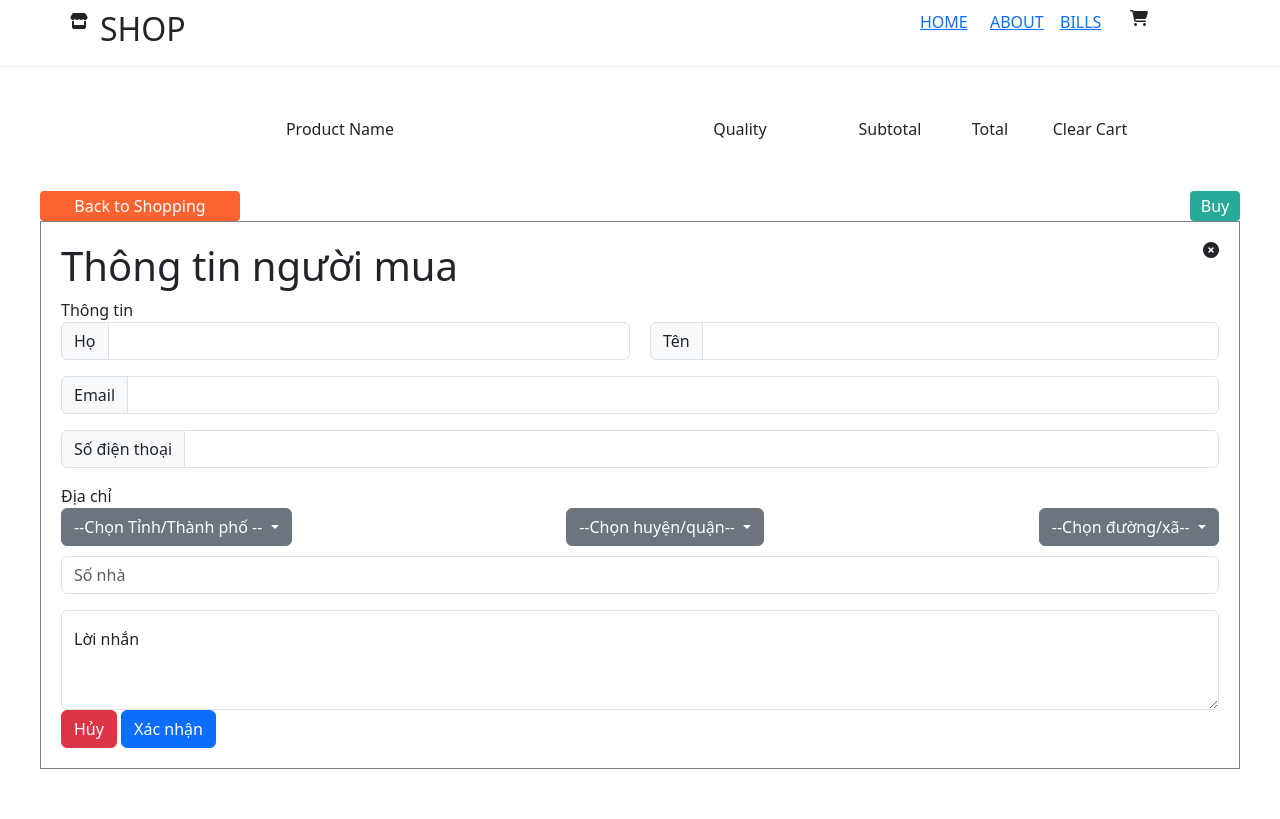
Repository: nguyenhaidang212/danh-sach-ban-hang
Page: index.html
The author's editor kept a copy of each file at every save. The page is drawn from the files as they stood at one save, then again after the next save.
The browser window is 1280 px wide. The pictures show the whole page.
Some web libraries are served in a nearby version.

Above is the page before, as saved 2023-02-10 14:54:49.

### index.html
<!DOCTYPE html>
<html lang="en">
  <head>
    <meta charset="UTF-8" />
    <meta http-equiv="X-UA-Compatible" content="IE=edge" />
    <meta name="viewport" content="width=device-width, initial-scale=1.0" />
    <title>Danh sach ban hang</title>
    <link rel="stylesheet" href="style.css" />
    <script
      src="https://kit.fontawesome.com/2568d54abe.js"
      crossorigin="anonymous"
    ></script>
    <link
      href="https://cdn.jsdelivr.net/npm/bootstrap@5.3.0-alpha1/dist/css/bootstrap.min.css"
      rel="stylesheet"
      integrity="sha384-GLhlTQ8iRABdZLl6O3oVMWSktQOp6b7In1Zl3/Jr59b6EGGoI1aFkw7cmDA6j6gD"
      crossorigin="anonymous"
    />
    <script
      src="https://cdn.jsdelivr.net/npm/bootstrap@5.3.0-alpha1/dist/js/bootstrap.bundle.min.js"
      integrity="sha384-w76AqPfDkMBDXo30jS1Sgez6pr3x5MlQ1ZAGC+nuZB+EYdgRZgiwxhTBTkF7CXvN"
      crossorigin="anonymous"
    ></script>
  </head>
  <body>
    <header>
      <div class="header-title">
        <i class="fas fa-store header-icon-title"></i>
        <h2>SHOP</h2>
      </div>
      <div class="header-menu">
        <div class="header-menu-home">
          <a href="">HOME</a>
        </div>
        <div class="header-menu-about">
          <a href="">ABOUT</a>
        </div>
        <div class="header-menu-bill">
          <a href="">BILLS</a>
        </div>
        <i class="fas fa-shopping-cart buy_display"></i>
      </div>
    </header>

    <!-- Trang giao dien -->
    <main class="main_menu" style="display: none">
      <div class="list"></div>
    </main>
    <!-- Trang danh sach -->
    <main class="main_buy">
      <div class="title">
        <span>Product Name</span><span>Quality</span><span>Subtotal</span
        ><span>Total</span><span>Clear Cart</span>
      </div>
      <div class="buy">
        <button id="back">Back to Shopping</button>
        <button id="buy">Buy</button>
      </div>

      <!-- Trang thanh toan -->
      <div class="buy_form">
        <div class="form_title">
          <h1>Thông tin người mua</h1>
          <i class="fa-solid fa-circle-xmark"></i>
        </div>
        <div class="form_content">
          <div class="form_grid">
            <!-- <div id="name">Họ và tên</div>
            <input type="text" placeholder="Họ" />
            <input type="text" placeholder="Tên" />
            <div id="email">Email</div>
            <input type="text" placeholder="Email" />
            <div id="phone">Số điện thoại</div>
            <input type="text" placeholder="Số điện thoại" />
            <div id="address">Địa chỉ</div> -->
            <div id="name">Thông tin</div>
            <div class="username">
              <div class="input-group mb-3">
                <span class="input-group-text" id="basic-addon1">Họ</span>
                <input
                  type="text"
                  class="form-control"
                  aria-label="Username"
                  aria-describedby="basic-addon1"
                />
              </div>
              <div class="input-group mb-3">
                <span class="input-group-text" id="basic-addon1">Tên</span>
                <input
                  type="text"
                  class="form-control"
                  aria-label="Username"
                  aria-describedby="basic-addon1"
                />
              </div>
            </div>
            <div class="input-group mb-3">
              <span class="input-group-text" id="basic-addon1">Email</span>
              <input
                type="text"
                class="form-control"
                aria-label="Username"
                aria-describedby="basic-addon1"
              />
            </div>
            <div class="input-group mb-3">
              <span class="input-group-text" id="basic-addon1"
                >Số điện thoại</span
              >
              <input
                type="text"
                class="form-control"
                aria-label="Username"
                aria-describedby="basic-addon1"
              />
            </div>
            <div id="address">Địa chỉ</div>
            <div class="address">
              <div class="dropdown">
                <button
                  class="btn btn-secondary dropdown-toggle"
                  type="button"
                  data-bs-toggle="dropdown"
                  aria-expanded="false"
                >
                  --Chọn Tỉnh/Thành phố --
                </button>
                <ul class="dropdown-menu">
                  <li><a class="dropdown-item" href="#">Action</a></li>
                  <li><a class="dropdown-item" href="#">Another action</a></li>
                  <li>
                    <a class="dropdown-item" href="#">Something else here</a>
                  </li>
                </ul>
              </div>
              <div class="dropdown">
                <button
                  class="btn btn-secondary dropdown-toggle"
                  type="button"
                  data-bs-toggle="dropdown"
                  aria-expanded="false"
                >
                  --Chọn huyện/quận--
                </button>
                <ul class="dropdown-menu">
                  <li><a class="dropdown-item" href="#">Action</a></li>
                  <li><a class="dropdown-item" href="#">Another action</a></li>
                  <li>
                    <a class="dropdown-item" href="#">Something else here</a>
                  </li>
                </ul>
              </div>
              <div class="dropdown">
                <button
                  class="btn btn-secondary dropdown-toggle"
                  type="button"
                  data-bs-toggle="dropdown"
                  aria-expanded="false"
                >
                  --Chọn đường/xã--
                </button>
                <ul class="dropdown-menu">
                  <li><a class="dropdown-item" href="#">Action</a></li>
                  <li><a class="dropdown-item" href="#">Another action</a></li>
                  <li>
                    <a class="dropdown-item" href="#">Something else here</a>
                  </li>
                </ul>
              </div>
            </div>
            <div class="input-group mb-3">
              <input
                type="text"
                class="form-control"
                placeholder="Số nhà"
                aria-label="Username"
                aria-describedby="basic-addon1"
              />
            </div>
            <div class="form-floating">
              <textarea
                class="form-control"
                placeholder="Leave a comment here"
                id="floatingTextarea2"
                style="height: 100px"
              ></textarea>
              <label for="floatingTextarea2">Lời nhắn</label>
            </div>
            <div class="confirm">
              <button type="button" class="btn btn-danger">Hủy</button>
              <button type="button" class="btn btn-primary">Xác nhận</button>
            </div>
          </div>
        </div>
      </div>
    </main>
    <script src="main.js"></script>
  </body>
</html>
<!-- <div class="list_buy">
  <div class="buy-name">${e.name}</div>
  <div class="buy-quality">
    <i class="fa-solid fa-minus plus-icon"></i>
    ${e.quality}
    <i class="fa-solid fa-plus minus-icon"></i>
  </div>
  <div class="buy-price">${e.gia}</div>
  <div class="buy-sum">${e.id}</div>
  <div><i class="fa-solid fa-circle-xmark buy-del"></i></div>
</div> -->

### style.css
* {
  padding: 0;
  margin: 0;
  box-sizing: border-box;
}
.form {
  display: inline-grid;
  grid-template-columns: 150px 150px 150px 150px;
  column-gap: 20px;
  row-gap: 20px;
  text-align: center;
  margin-bottom: 20px;
}
header {
  display: flex;
  border-bottom: 1px solid #eee;
  width: 100%;
  padding: 10px 100px 10px;
  justify-content: space-between;
}
.header-title {
  display: flex;
}
h2 {
  font-size: 20px;
}
.header-icon-title {
  position: absolute;
  left: 70px;
  top: 13px;
}
.header-menu {
  display: grid;
  grid-template-columns: 50px 50px 50px 50px;
  column-gap: 20px;
}
a {
  text-decoration: none;
  color: black;
}
main {
  width: 1200px;
  margin: 50px auto;
}
.list {
  display: grid;
  margin: 0 225px;
  grid-template-columns: 180px 180px 180px 180px;
  column-gap: 10px;
  row-gap: 20px;
  text-align: center;
}
.item {
  border: 2px solid #eee;
  position: relative;
}
.item-imgs {
  width: 100%;
  height: 180px;
  display: flex;
  justify-content: center;
  align-items: center;
  margin-bottom: 8px;
  overflow: hidden;
}
.item-img {
  text-align: center;
  width: 100%;
}
.item-title {
  font-size: 20px;
  font-weight: 600;
}
.item-info {
  display: flex;
  justify-content: space-between;
  margin: 5px;
  padding: 0 10px;
  font-size: 12px;
}
.item-icon {
  position: absolute;
  border-radius: 50%;
  width: 30px;
  height: 30px;
  line-height: 30px;
  bottom: 36px;
  right: -4px;
}
.item-add {
  color: #fe6332;
  cursor: pointer;
}
.buy_display {
  cursor: pointer;
}
#back {
  background-color: #fe6332;
  color: white;
  border-radius: 4px;
  width: 200px;
  height: 30px;
  border: none;
  cursor: pointer;
}
#buy {
  background-color: #27aa99;
  color: white;
  border-radius: 4px;
  width: 50px;
  height: 30px;
  border: none;
  cursor: pointer;
}
.title {
  display: grid;
  grid-template-columns: 600px 200px 100px 100px 100px;
  text-align: center;
  margin-bottom: 20px;
}
.list_buy {
  display: flex;
  text-align: center;
  margin-bottom: 12px;
  max-height: 400px;
}
.buy-name {
  width: 600px;
}
.buy-quality {
  width: 200px;
}
.buy-price,
.buy-del,
.buy-sum {
  width: 100px;
}
.buy {
  margin: auto;
  display: flex;
  justify-content: space-between;
  margin-top: 50px;
}
.buy-del {
  color: red;
  cursor: pointer;
}
.plus-icon,
.minus-icon {
  margin: 0 24px;
  cursor: pointer;
  border: 1px solid #eee;
  padding: 4px;
  border-radius: 50%;
}
.plus-icon:hover {
  background-color: #fe6332;
}
.minus-icon:hover {
  background-color: #27aa99;
}
/* Trang thanh toan */
.buy_form {
  border: 1px solid rgba(128, 128, 128, 1);
  margin: 0 auto;
  padding: 20px;
}
.form_title {
  display: flex;
  justify-content: space-between;
}
.username {
  display: flex;
  justify-content: space-between;
  column-gap: 20px;
}
.address {
  display: flex;
  justify-content: space-between;
}
.dropdown {
  text-align: center;
  margin-bottom: 10px;
}
.form_title i {
  cursor: pointer;
}

### main.js
const listData = [
  {
    id: 1,
    name: "Quần áo nam",
    so_luong: 100,
    gia: 100,
    src: "https://znews-photo.zadn.vn/w660/Uploaded/ycgmvjvj/2018_03_31/1.jpg",
    quality: 1,
  },
  {
    id: 2,
    name: "Điện thoại",
    so_luong: 200,
    gia: 500,
    src: "https://cdn2.cellphones.com.vn/358x358,webp,q100/media/catalog/product/t/_/t_m_12.png",
    quality: 1,
  },
  {
    id: 3,
    name: "Macbook",
    so_luong: 300,
    gia: 1000,
    src: "https://cdn.tgdd.vn/Products/Images/44/231244/macbook-air-m1-2020-gold-600x600.jpg",
    quality: 1,
  },
  {
    id: 4,
    name: "Máy ảnh",
    so_luong: 400,
    gia: 1200,
    src: "https://www.nguyenkim.com/images/detailed/644/10036326-may-anh-canon-eos-3000d-kit-ef-s-18-55mm-den-1.jpg",
    quality: 1,
  },
  {
    id: 5,
    name: "Đồng hồ",
    so_luong: 500,
    gia: 1400,
    src: "https://cdn1.viettelstore.vn/images/Product/ProductImage/medium/Apple_Watch_SE-Cell-44mm-star1.jpg",
    quality: 1,
  },
  {
    id: 6,
    name: "Giày nam",
    so_luong: 600,
    gia: 1500,
    src: "https://cdn.elly.vn/uploads/2019/08/13121739/giay-nam-cao-cap-da-that-ELLY-EGTM2-5.jpg",
    quality: 1,
  },
  {
    id: 7,
    name: "Tủ lạnh",
    so_luong: 700,
    gia: 1600,
    src: "https://cdn.tgdd.vn/Products/Images/1943/284851/tu-lanh-aqua-inverter-456-lit-aqr-m525xa-fb-600x600.jpg",
    quality: 1,
  },
  {
    id: 8,
    name: "Điều hòa",
    so_luong: 800,
    gia: 1700,
    src: "https://hangdienmaygiare.com/images/products/2020/02/22/large/dieu-hoa-1-chieu-panasonic-n9wkh-8m_1582358300.jpg",
    quality: 1,
  },
  {
    id: 9,
    name: "Máy giặt",
    so_luong: 1000,
    gia: 2000,
    src: "https://hangdienmaygiare.com/images/products/2019/09/03/large/may-giat-electrolux-ewf1042bdwa-10-kg-inverter.jpg",
    quality: 1,
  },
  {
    id: 10,
    name: "Váy đầm nữ",
    so_luong: 2000,
    gia: 300,
    src: "https://luzy.vn/wp-content/uploads/2020/05/LZD10951-18.jpg",
    quality: 1,
  },
  {
    id: 11,
    name: "Mắt kính",
    so_luong: 2100,
    gia: 400,
    src: "https://vn-test-11.slatic.net/p/5e0af4609b84659f759982ac0146f184.jpg_800x800q100.jpg_600x600Q100.jpg",
    quality: 1,
  },
  {
    id: 12,
    name: "Thắt lưng da",
    so_luong: 200,
    gia: 200,
    src: "https://hoianleather.com/wp-content/uploads/2021/04/That-lung-da-bo-that-danh-cho-nam-2.jpg",
    quality: 1,
  },
];
const keyLocalStorageListSP = "DANHSACHSP";
const keyLocalStorageItemCart = "DANHSACHITEMCART";
const listItem = document.querySelector(".list");
const $ = document.body;

localStorage.setItem(keyLocalStorageListSP, JSON.stringify(listData));
const item = JSON.parse(localStorage.getItem(keyLocalStorageListSP));
item.forEach((value) => {
  const template = `<div class="item">
  <div class="item-imgs">
    <img src="${value.src}" alt="" class="item-img"/>
  </div>
  <div class="item-icon"><i class="fa-solid fa-cart-plus item-add"></i></div>
  <div class="item-title">${value.name}</div>
  <div class="item-info">
    <div class="item-price">Giá: ${value.gia}</div>
    <div class="item-quality">Số lượng: ${value.so_luong}</div>
  </div>
</div>`;
  listItem.insertAdjacentHTML("beforeend", template);
});
const itemAdd = document.querySelectorAll(".item-add");
const arrayItemAdd = [];
const mainMenu = document.querySelector(".main_menu");
const mainBuy = document.querySelector(".main_buy");
const buyDiplay = document.querySelector(".buy");
const delItem = document.querySelector(".buy-del");
$.addEventListener("click", (e) => {
  //-----Chuyen trang-----
  if (e.target.matches(".buy_display")) {
    const listItem = JSON.parse(localStorage.getItem(keyLocalStorageItemCart));
    mainMenu.style.display = "none";
    mainBuy.style.display = "block";
    displayItem(listItem);
  }
  if (e.target.matches("#back")) {
    mainMenu.style.display = "block";
    mainBuy.style.display = "none";
    const back = document.querySelector("#back");
    document.querySelectorAll(".list_buy").forEach((e) => {
      e.remove();
    });
  }
  if (e.target.matches("#buy")) {
    // $.style.display = "none";
  }
  //-----Add Item-----
  if (e.target.matches(".item-add")) {
    addItem(e.target);
  }
  //-----Del Item-----
  if (e.target.matches(".buy-del")) {
    const itemDelName =
      e.target.parentNode.previousElementSibling.previousElementSibling
        .previousElementSibling.previousElementSibling;
    delItemBuy(itemDelName);
  }
  //-----Increase/Decrease Item----
  if (e.target.matches(".plus-icon")) {
    const listItem = JSON.parse(localStorage.getItem(keyLocalStorageItemCart));
    listItem.forEach((value) => {
      if (
        value.name == e.target.parentNode.previousElementSibling.textContent
      ) {
        value.soluong++;
      }
    });
    localStorage.setItem(keyLocalStorageItemCart, JSON.stringify(listItem));
    console.log(listItem);
    const listBuy = document.querySelectorAll(".list_buy");
    listBuy.forEach((e) => {
      e.remove();
    });
    displayItem(listItem);
  }
  if (e.target.matches(".minus-icon")) {
    const listItem = JSON.parse(localStorage.getItem(keyLocalStorageItemCart));
    listItem.forEach((value, i) => {
      if (
        value.name == e.target.parentNode.previousElementSibling.textContent
      ) {
        value.soluong--;
        if (value.soluong == 0) {
          listItem.splice(i, 1);
        }
      }
    });
    console.log(listItem);
    localStorage.setItem(keyLocalStorageItemCart, JSON.stringify(listItem));
    const listBuy = document.querySelectorAll(".list_buy");
    listBuy.forEach((e) => {
      e.remove();
    });
    displayItem(listItem);
  }
});

// // -----Them san pham-----
function addItem(value) {
  item.forEach((e) => {
    if (e.name == value.parentNode.nextElementSibling.textContent) {
      const object = {
        id: e.id,
        soluong: e.quality,
        name: e.name,
        price: e.gia,
      };
      arrayItemAdd.forEach((e, i) => {
        if (object.id == e.id) {
          object.soluong = e.soluong + 1;
          arrayItemAdd.splice(i, 1);
        }
      });
      arrayItemAdd.push(object);
    }
  });
  localStorage.setItem(keyLocalStorageItemCart, JSON.stringify(arrayItemAdd));
}

// //-----Hien thi san pham da mua-----
function displayItem(arr) {
  arr.forEach((e) => {
    item.forEach((value) => {
      if (value.id == e.id) {
        const price = Number(e.price) * Number(e.soluong);
        buyDiplay.insertAdjacentHTML(
          "beforebegin",
          `<div class="list_buy">
        <div class="buy-name">${value.name}</div>
        <div class="buy-quality">
        <i class="fa-solid fa-minus minus-icon"></i>
        ${e.soluong}
        <i class="fa-solid fa-plus plus-icon"></i>
        </div>
        <div class="buy-price">${value.gia}</div>
        <div class="buy-sum">${price}</div>
        <div><i class="fa-solid fa-circle-xmark buy-del"></i></div>
      </div>`
        );
      }
    });
  });
}

// //-----Xoa san pham-----
function delItemBuy(name) {
  name.parentNode.remove();
  arrayItemAdd.forEach((e, i) => {
    if (e.name == name.textContent) {
      arrayItemAdd.splice(i, 1);
    }
  });
  localStorage.setItem(keyLocalStorageItemCart, JSON.stringify(arrayItemAdd));
}
// localStorage.clear();

After the next save:
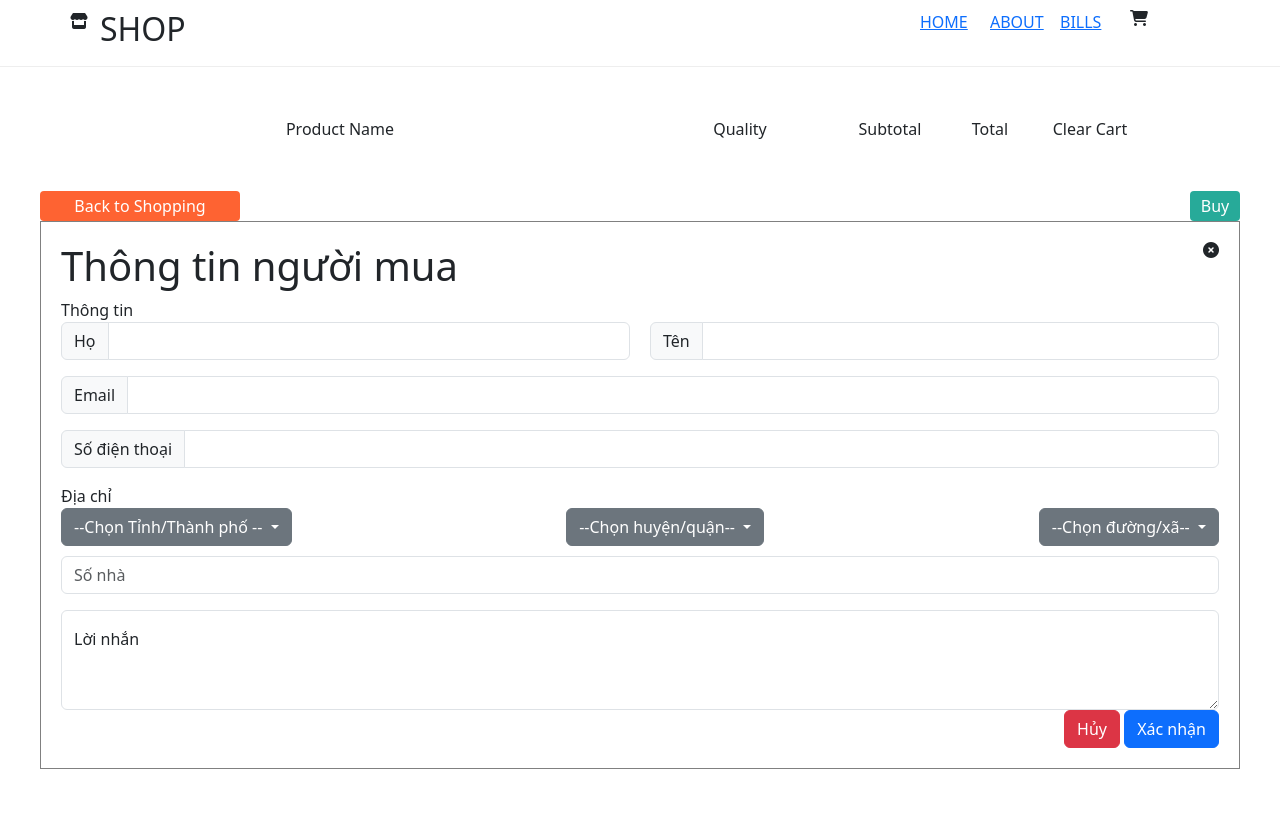
Saved 13 s later.
--- a/style.css
+++ b/style.css
@@ -185,3 +185,6 @@ main {
 .form_title i {
   cursor: pointer;
 }
+.confirm {
+  text-align: right;
+}
